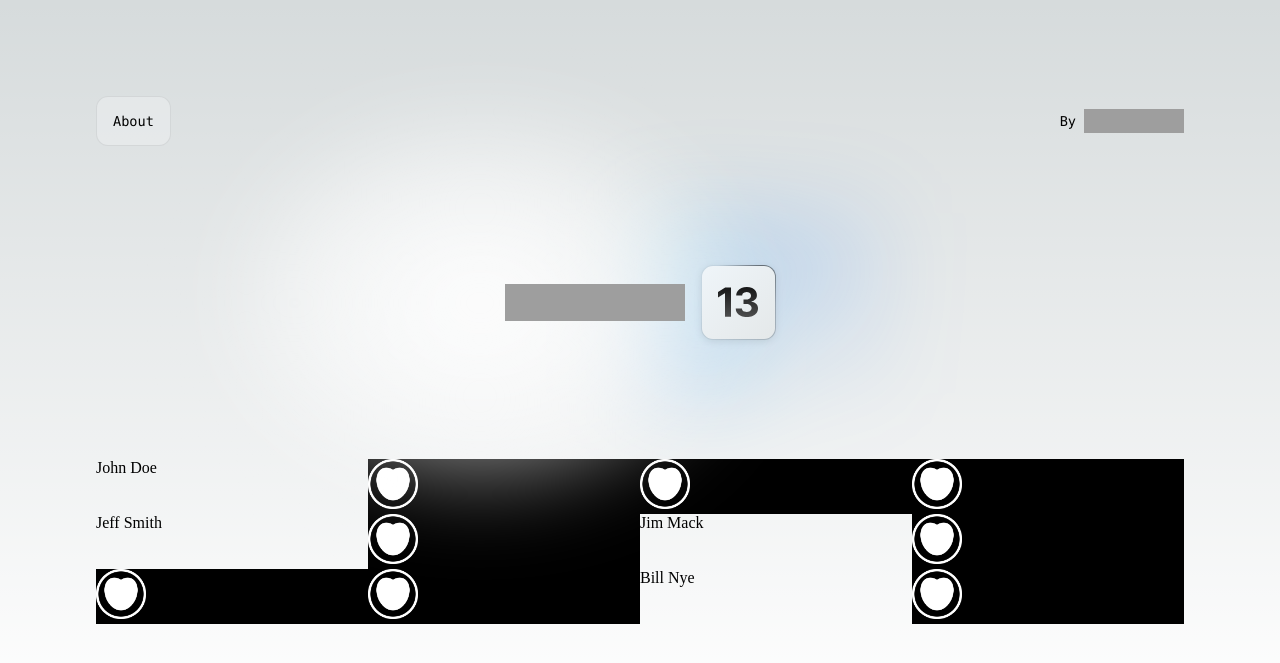
Repository: karthur1/class-example-3
Page: /
An editor plug-in stored every save of this project. The page is shown before and after the next save, followed by the edit.
The browser window is 1280 px wide. The pictures show the whole page.
Pictures or frames that could not be fetched are drawn as grey boxes. The project was rebuilt for these pictures with package versions that can differ from the ones it lists, and the page was loaded fresh each time. The framework's server and built-in components were replaced by stand-ins that run in the browser. Also part of the build but not shown: next.config.js.

Above is the page before, as saved 2023-01-21 00:08:33.

### pages/index.js
import Head from 'next/head'
import Image from 'next/image'
import { Inter } from '@next/font/google'
import styles from '@/styles/Home.module.css'
import data from '../data/employees.json'
import {useState} from 'react'
import Card from '../components/Card'
import Link from 'next/link'


const inter = Inter({ subsets: ['latin'] })

export default function Home() {

  console.log(data)
  const [information, setInformation] = useState([...data])
  console.log(information)

  return (
    <>
      <Head>
        <title>Create Next App</title>
        <meta name="description" content="Generated by create next app" />
        <meta name="viewport" content="width=device-width, initial-scale=1" />
        <link rel="icon" href="/favicon.ico" />
      </Head>
      <main className={styles.main}>
        <div className={styles.description}>
          <p>
          <Link href="about">About</Link>

          </p>
          <div>
            <a
              href="https://vercel.com?utm_source=create-next-app&utm_medium=default-template&utm_campaign=create-next-app"
              target="_blank"
              rel="noopener noreferrer"
            >
              By{' '}
              <Image
                src="/vercel.svg"
                alt="Vercel Logo"
                className={styles.vercelLogo}
                width={100}
                height={24}
                priority
              />
            </a>
          </div>
        </div>

        <div className={styles.center}>
          <Image
            className={styles.logo}
            src="/next.svg"
            alt="Next.js Logo"
            width={180}
            height={37}
            priority
          />
          <div className={styles.thirteen}>
            <Image
              src="/thirteen.svg"
              alt="13"
              width={40}
              height={31}
              priority
            />
          </div>
        </div>

        <div className={styles.grid}>
          <div>John Doe</div>
          {information && information.map((info, index) => {
            if(info.department === "Business") {
              return(
              <Card key={index} degree={info.degree} colour="black" font="20px"/>
            )
          }
        })}
                  <div>Jeff Smith</div>
          {information && information.map((info, index) => {
            if(info.department === "Computing") {

             return(
              <Card key={index} degree={info.degree} colour="black" font="20px"/>
             )
          }
        })}
                    <div>Jim Mack</div>
          {information && information.map((info, index) => {
            if(info.department === "Business") {

             return(
              <Card key={index} degree={info.degree} colour="black" font="20px"/>
             )
          }
        })}
                    <div>Bill Nye</div>
          {information && information.map((info, index) => {
            if(info.department === "Computing") {

             return(
              <Card key={index} degree={info.degree} colour="black" font="20px"/>
             )
          }
        })}
        </div>
      </main>
    </>
  )
}

### styles/Home.module.css
.main {
  display: flex;
  flex-direction: column;
  justify-content: space-between;
  align-items: center;
  padding: 6rem;
  min-height: 100vh;
}

.description {
  display: inherit;
  justify-content: inherit;
  align-items: inherit;
  font-size: 0.85rem;
  max-width: var(--max-width);
  width: 100%;
  z-index: 2;
  font-family: var(--font-mono);
}

.description a {
  display: flex;
  justify-content: center;
  align-items: center;
  gap: 0.5rem;
}

.description p {
  position: relative;
  margin: 0;
  padding: 1rem;
  background-color: rgba(var(--callout-rgb), 0.5);
  border: 1px solid rgba(var(--callout-border-rgb), 0.3);
  border-radius: var(--border-radius);
}

.code {
  font-weight: 700;
  font-family: var(--font-mono);
}

.grid {
  display: grid;
  grid-template-columns: repeat(4, minmax(25%, auto));
  width: var(--max-width);
  max-width: 100%;
}



.card {
  padding: 1rem 1.2rem;
  border-radius: var(--border-radius);
  background: rgba(var(--card-rgb), 0);
  border: 1px solid rgba(var(--card-border-rgb), 0);
  transition: background 200ms, border 200ms;
}

.card span {
  display: inline-block;
  transition: transform 200ms;
}

.card h2 {
  font-weight: 600;
  margin-bottom: 0.7rem;
}

.card p {
  margin: 0;
  opacity: 0.6;
  font-size: 0.9rem;
  line-height: 1.5;
  max-width: 30ch;
}

.center {
  display: flex;
  justify-content: center;
  align-items: center;
  position: relative;
  padding: 4rem 0;
}

.center::before {
  background: var(--secondary-glow);
  border-radius: 50%;
  width: 480px;
  height: 360px;
  margin-left: -400px;
}

.center::after {
  background: var(--primary-glow);
  width: 240px;
  height: 180px;
  z-index: -1;
}

.center::before,
.center::after {
  content: '';
  left: 50%;
  position: absolute;
  filter: blur(45px);
  transform: translateZ(0);
}

.logo,
.thirteen {
  position: relative;
}

.thirteen {
  display: flex;
  justify-content: center;
  align-items: center;
  width: 75px;
  height: 75px;
  padding: 25px 10px;
  margin-left: 16px;
  transform: translateZ(0);
  border-radius: var(--border-radius);
  overflow: hidden;
  box-shadow: 0px 2px 8px -1px #0000001a;
}

.thirteen::before,
.thirteen::after {
  content: '';
  position: absolute;
  z-index: -1;
}

/* Conic Gradient Animation */
.thirteen::before {
  animation: 6s rotate linear infinite;
  width: 200%;
  height: 200%;
  background: var(--tile-border);
}

/* Inner Square */
.thirteen::after {
  inset: 0;
  padding: 1px;
  border-radius: var(--border-radius);
  background: linear-gradient(
    to bottom right,
    rgba(var(--tile-start-rgb), 1),
    rgba(var(--tile-end-rgb), 1)
  );
  background-clip: content-box;
}

/* Enable hover only on non-touch devices */
@media (hover: hover) and (pointer: fine) {
  .card:hover {
    background: rgba(var(--card-rgb), 0.1);
    border: 1px solid rgba(var(--card-border-rgb), 0.15);
  }

  .card:hover span {
    transform: translateX(4px);
  }
}

@media (prefers-reduced-motion) {
  .thirteen::before {
    animation: none;
  }

  .card:hover span {
    transform: none;
  }
}

/* Mobile */
@media (max-width: 700px) {
  .content {
    padding: 4rem;
  }

  .grid {
    grid-template-columns: 1fr;
    margin-bottom: 120px;
    max-width: 320px;
    text-align: center;
  }

  .card {
    padding: 1rem 2.5rem;
  }

  .card h2 {
    margin-bottom: 0.5rem;
  }

  .center {
    padding: 8rem 0 6rem;
  }

  .center::before {
    transform: none;
    height: 300px;
  }

  .description {
    font-size: 0.8rem;
  }

  .description a {
    padding: 1rem;
  }

  .description p,
  .description div {
    display: flex;
    justify-content: center;
    position: fixed;
    width: 100%;
  }

  .description p {
    align-items: center;
    inset: 0 0 auto;
    padding: 2rem 1rem 1.4rem;
    border-radius: 0;
    border: none;
    border-bottom: 1px solid rgba(var(--callout-border-rgb), 0.25);
    background: linear-gradient(
      to bottom,
      rgba(var(--background-start-rgb), 1),
      rgba(var(--callout-rgb), 0.5)
    );
    background-clip: padding-box;
    backdrop-filter: blur(24px);
  }

  .description div {
    align-items: flex-end;
    pointer-events: none;
    inset: auto 0 0;
    padding: 2rem;
    height: 200px;
    background: linear-gradient(
      to bottom,
      transparent 0%,
      rgb(var(--background-end-rgb)) 40%
    );
    z-index: 1;
  }
}

/* Tablet and Smaller Desktop */
@media (min-width: 701px) and (max-width: 1120px) {
  .grid {
    grid-template-columns: repeat(2, 50%);
  }
}

@media (prefers-color-scheme: dark) {
  .vercelLogo {
    filter: invert(1);
  }

  .logo,
  .thirteen img {
    filter: invert(1) drop-shadow(0 0 0.3rem #ffffff70);
  }
}

@keyframes rotate {
  from {
    transform: rotate(360deg);
  }
  to {
    transform: rotate(0deg);
  }
}

### data/employees.json
[
    {
        "firstName": "John Doe",
        "favouriteFood": "Pizza",
        "bloodType": "AB",
        "department": "Business",
        "degree": "Finance",
        "graduted": 2004
    },
    {
        "firstName": "Jeff Smith",
        "favouriteFood": "Cake",
        "bloodType": "A",
        "department": "Business",
        "degree": "Finance",
        "graduted": 2009
    },
    {
        "firstName": "Jim Mack",
        "favouriteFood": "Pizza",
        "bloodType": "A",
        "department": "Business",
        "degree": "Business",
        "graduted": 2009
    },
    {
        "firstName": "Bill Nye",
        "favouriteFood": "Cake",
        "bloodType": "A",
        "department": "Computing",
        "degree": "Business",
        "graduted": 2010
    }
]

### components/Card/index.js
export default function Card( {
   degree = "none",
   colour = "purple",
   font = "0",
   images = "icons/icon3.png"

    }) {   return(
        <div style={{backgroundColor: colour, fontSize:font}}>
                {
                    colour === "black" ? <img src={'icons/icon2.png'} width="50"/>:
                    colour === "black" ? <img src={'icons/icon3.jpg'} width="50"/>:
                                        <img src={images} width="50"/>
                }
                {degree}

        </div>
    )
}

Loaded but not shown: pages/_app.js (common file); pages/_document.js (common file); styles/globals.css (common file)

After the next save:
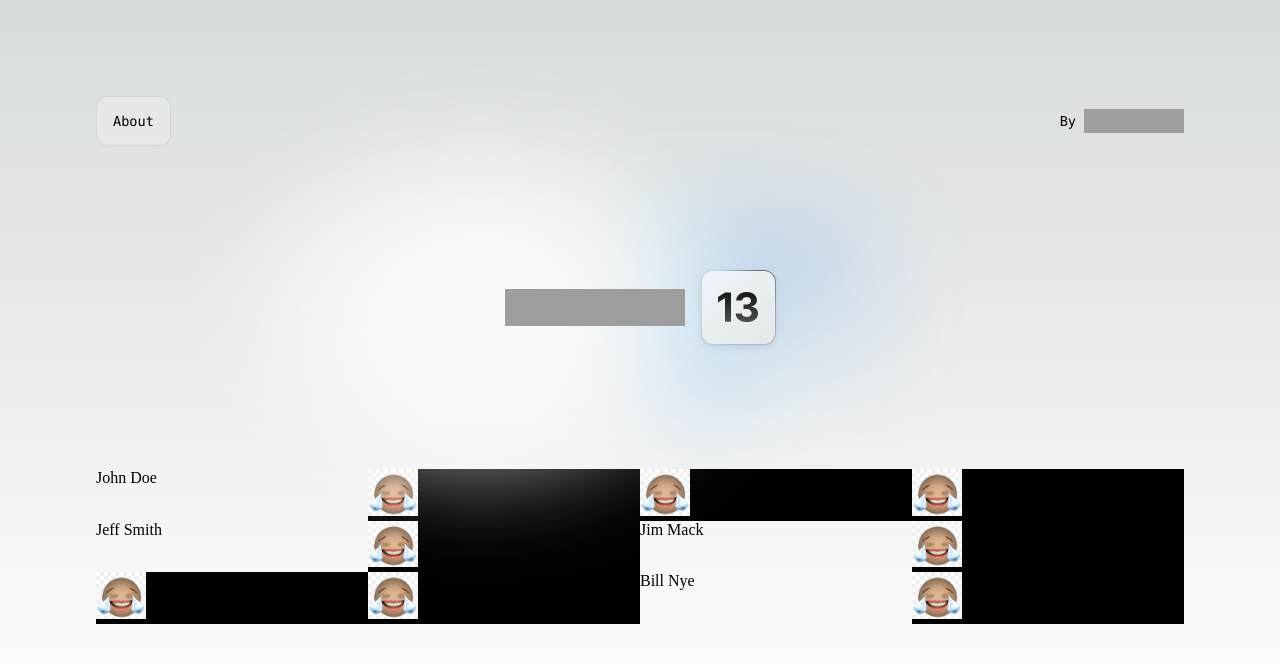
Saved 24 s later.
--- a/components/Card/index.js
+++ b/components/Card/index.js
@@ -7,7 +7,6 @@
     }) {   return(
         <div style={{backgroundColor: colour, fontSize:font}}>
                 {
-                    colour === "black" ? <img src={'icons/icon2.png'} width="50"/>:
                     colour === "black" ? <img src={'icons/icon3.jpg'} width="50"/>:
                                         <img src={images} width="50"/>
                 }

After the save that followed:
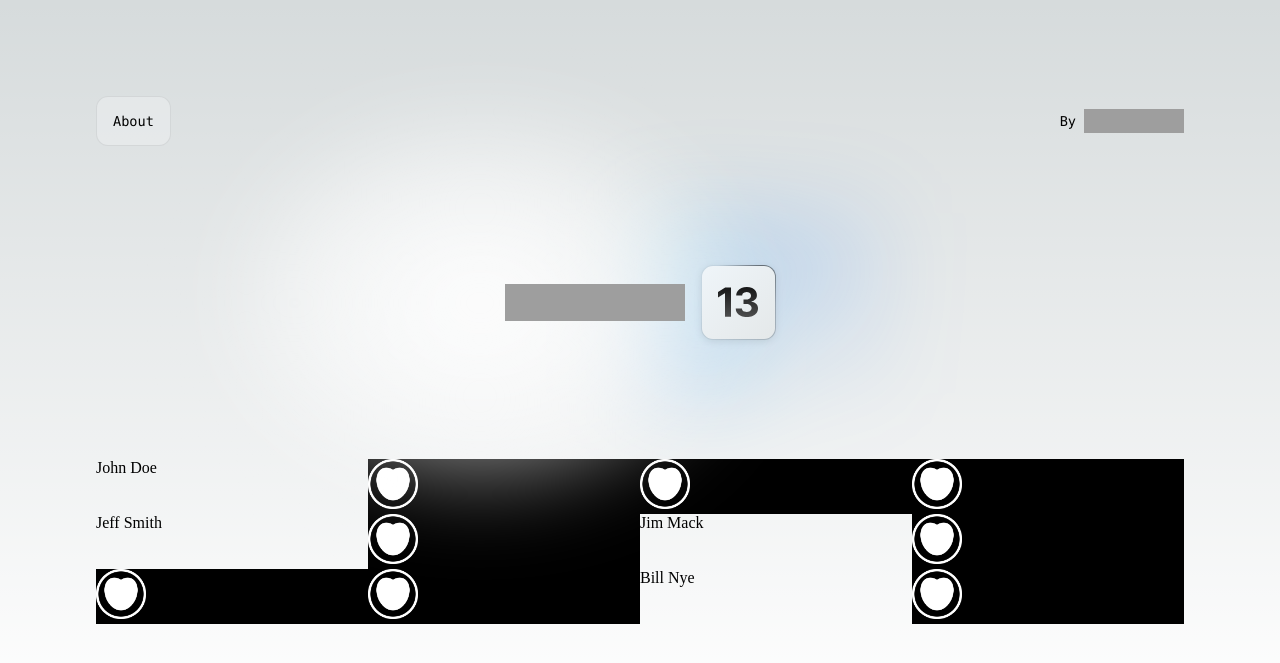
Saved 4 s later.
--- a/components/Card/index.js
+++ b/components/Card/index.js
@@ -7,6 +7,7 @@
     }) {   return(
         <div style={{backgroundColor: colour, fontSize:font}}>
                 {
+                    colour === "black" ? <img src={'icons/icon2.png'} width="50"/>:
                     colour === "black" ? <img src={'icons/icon3.jpg'} width="50"/>:
                                         <img src={images} width="50"/>
                 }
